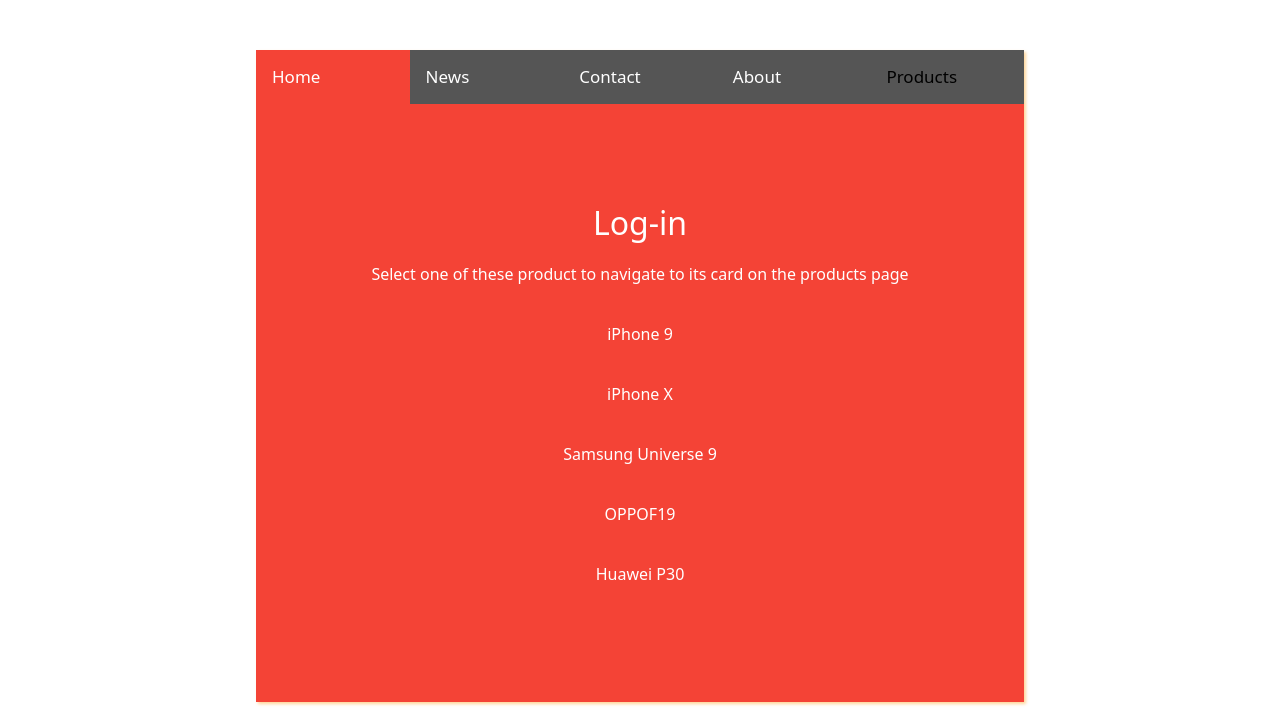
Repository: JasonMorta/basicPlus-rouets
Page: /
The author's editor kept a copy of each file at every save. The page is drawn from the files as they stood at one save, then again after the next save.
The browser window is 1280 px wide. The pictures show the whole page.
Some web fonts or font styles are not loaded; a fallback is used. The project was rebuilt for these pictures with package versions that can differ from the ones it lists, and the page was loaded fresh each time. Also part of the build but not shown: src/pages/news.css, src/pages/News.jsx, src/pages/About.jsx, src/pages/Hooks/UseRefHook.jsx, src/pages/Contact.jsx, src/pages/List.jsx, src/pages/ProductPreview.jsx, src/pages/Products.jsx.

Above is the page before, as saved 2023-04-01 18:34:09.

After the next save:
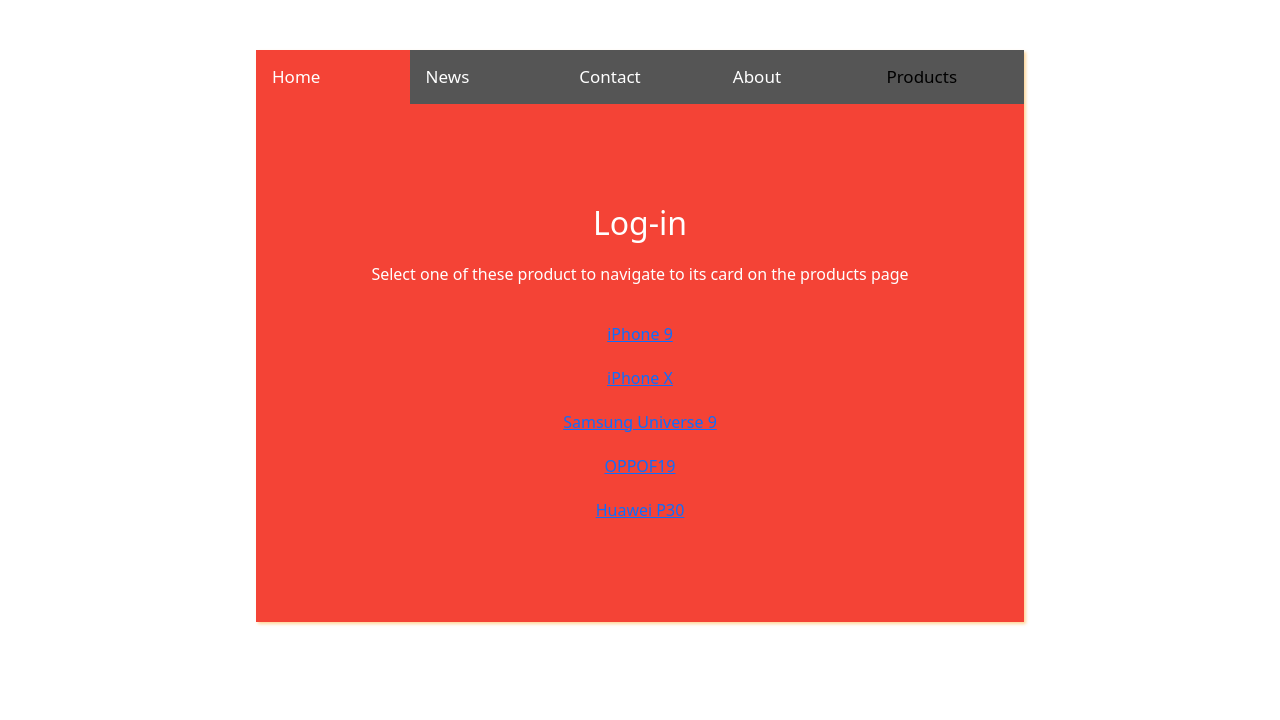
Saved 5 min 49 s later.
--- a/src/pages/Home.jsx
+++ b/src/pages/Home.jsx
@@ -1,9 +1,12 @@
 import React from "react";
+import { Link } from "react-router-dom";
 import { useNavigate } from "react-router-dom";
 import {products} from "../AllProducts"
 
 export default function Home() {
 const nav = useNavigate()
+
+
 
 
   return (
@@ -12,7 +15,7 @@
          <h3>Log-in</h3>
          <p>Select one of these product to navigate to its card on the products page</p>
          {products.map((item, i)=>(
-          <p onClick={()=> nav(`/products/${item.title.replace(" ", "" )}`)} key={i}>{item.title}</p>
+          <Link key={i} to={{ pathname: '/preview', state: { id: item.id }}}>{item.title}</Link>
          ))}
       </div>
     </div>
